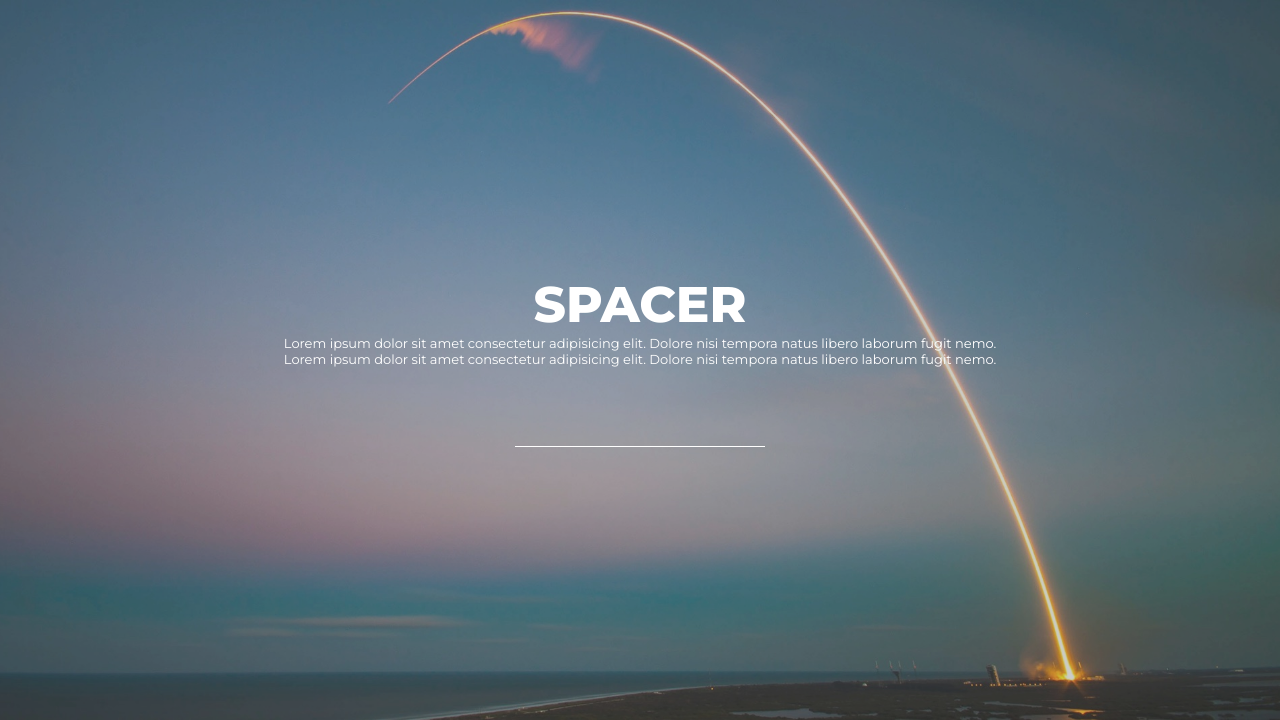
Repository: Trelefele/spacer-roman
Page: /
The author's editor kept a copy of each file at every save. The page is drawn from the files as they stood at one save, then again after the next save.
The browser window is 1280 px wide. The pictures show the whole page.
The project was rebuilt for these pictures with package versions that can differ from the ones it lists, and the page was loaded fresh each time.

Above is the page before, as saved 2019-02-05 19:34:29.

### public/index.html
<!DOCTYPE html>
<html lang="en">
  <head>
    <meta charset="utf-8">
    <meta http-equiv="X-UA-Compatible" content="IE=edge">
    <meta name="viewport" content="width=device-width,initial-scale=1.0">
    <link rel="icon" href="<%= BASE_URL %>favicon.ico">
    <!-- <script src="https://unpkg.com/axios/dist/axios.min.js"></script> -->
    <title>spacer-roman</title>
  </head>
  <body>
    <noscript>
      <strong>We're sorry but spacer-roman doesn't work properly without JavaScript enabled. Please enable it to continue.</strong>
    </noscript>
    <div id="app"></div>
    <!-- built files will be auto injected -->
  </body>
</html>

### src/main.js
import Vue from 'vue';
import App from './App.vue';

Vue.config.productionTip = false;

new Vue({
  render(h) { return h(App); },
}).$mount('#app');

### src/App.vue
<template>
  <div class="app">
    <div class="wrapper">
    <HeroImage/>
    <Claim/>
    <SearchInput/>
  </div>
  </div>
</template>

<script>
import axios from 'axios';
import debounce from 'lodash.debounce';
import Claim from '@/components/Claim.vue';
import HeroImage from '@/components/HeroImage.vue';
import SearchInput from '@/components/SearchInput.vue';

const API = 'https://images-api.nasa.gov/search';

export default {
  name: 'App',
  components: {
    Claim,
    SearchInput,
    HeroImage
  },
  data() {
    return {
      searchValue: '',
      results: [],
    };
  },
  methods: {
    // eslint-disable-next-line
    handleInput: debounce(function(){
      axios.get(`${API}?q=${this.searchValue}&media_type=image`)
        .then((response) => {
          // this.results = response.data.collection.items;
          this.results = response.data.collection.items;
        })
        .catch((error) => {
          console.log(error);
        });
    }, 500),
  },
};
</script>

<style lang="scss" >
@import url('https://fonts.googleapis.com/css?family=Montserrat:300,400,600,800');

* {
  box-sizing: border-box;
  font-family: 'Montserrat', sans-serif;
  margin: 0;
  padding: 0;
}
.wrapper {
    margin: 0;
    width: 100%;
    min-height: 100vh;
    padding: 30px;
    display: flex;
    flex-direction: column;
    align-items: center;
    justify-content: center;
}
</style>

### src/components/Claim.vue
<template>
  <div class="claimWrapper">
    <h1 class="claim">SPACER</h1>
    <p class="subclaim">
      Lorem ipsum dolor sit amet consectetur adipisicing elit.
      Dolore nisi tempora natus libero laborum fugit nemo.
    </p>
    <p class="subclaim">
      Lorem ipsum dolor sit amet consectetur adipisicing elit.
      Dolore nisi tempora natus libero laborum fugit nemo.
    </p>
  </div>
</template>

<script>
export default {
  name: "Claim"
};
</script>

<style lang="scss" scoped>
.claimWrapper {
  display: flex;
  flex-direction: column;
  justify-content: center;
  align-items: center;
  color: white;
  margin: 0;
}

.claim {
  font-size: 50px;
  margin: 0;
}

.subclaim {
  padding: 0 0 0 0;
  font-size: 13px;
}
</style>

### src/components/HeroImage.vue
<template>
    <div class="heroImage"/>
</template>

<script>
export default {
    name: "HeroImage"
}
</script>

<style lang="scss" scoped>
.heroImage{
    position: fixed;
    top: 0;
    z-index: -1;
    width: 100%;
    height: 100vh;
    background-image: url('../assets/heroimage.jpg');
    background-repeat: no-repeat;
    background-size: cover;
    background-position: 80%, 0%;
}
.heroImage::after {
    content: '';
    background: rgba(0,0,0, .2);
    position: absolute;
    top: 0;
    left: 0;
    z-index: 1;
    width: 100%;
    height: 100vh;
}
</style>

### src/components/SearchInput.vue
<template>
  <input
    id="search"
    name="search"
    :class="{ dark }"
    @input="handleChange"
  />
</template>
<script>
export default {
  name: 'SearchInput',
  props: {
    // value: {
    //   type: String,
    //   required: true,
    // },
    dark: {
      type: Boolean,
      default: false,
    },
  },
  methods: {
    handleChange(e) {
      this.$emit('input', e.target.value);
    },
  },
};
</script>
<style lang="scss" scoped>
  input {
    margin-top: 50px;
    display: flex;
    width: 250px;
    color: white;
    text-align: center;
    font-size: 18px;
    font-weight: 300;
    height: 30px;
    border: 0;
    background: none;
    border-bottom: 1px solid white;
    transition: box-shadow .3s ease-out;

    @media (min-width: 1024px) {
      font-weight: 400;
    }
  }

  input:focus {
    outline: none;
    box-shadow: 0 10px 20px -8px rgba(255,255,255, .5);
  }

  .dark {
    color: #1e3d4a;
    border-bottom-color: #1e3d4a;
  }

  .dark:focus {
    box-shadow: 0 10px 20px -8px rgba(#1e3d4a, .2);
  }
</style>

After the next save:
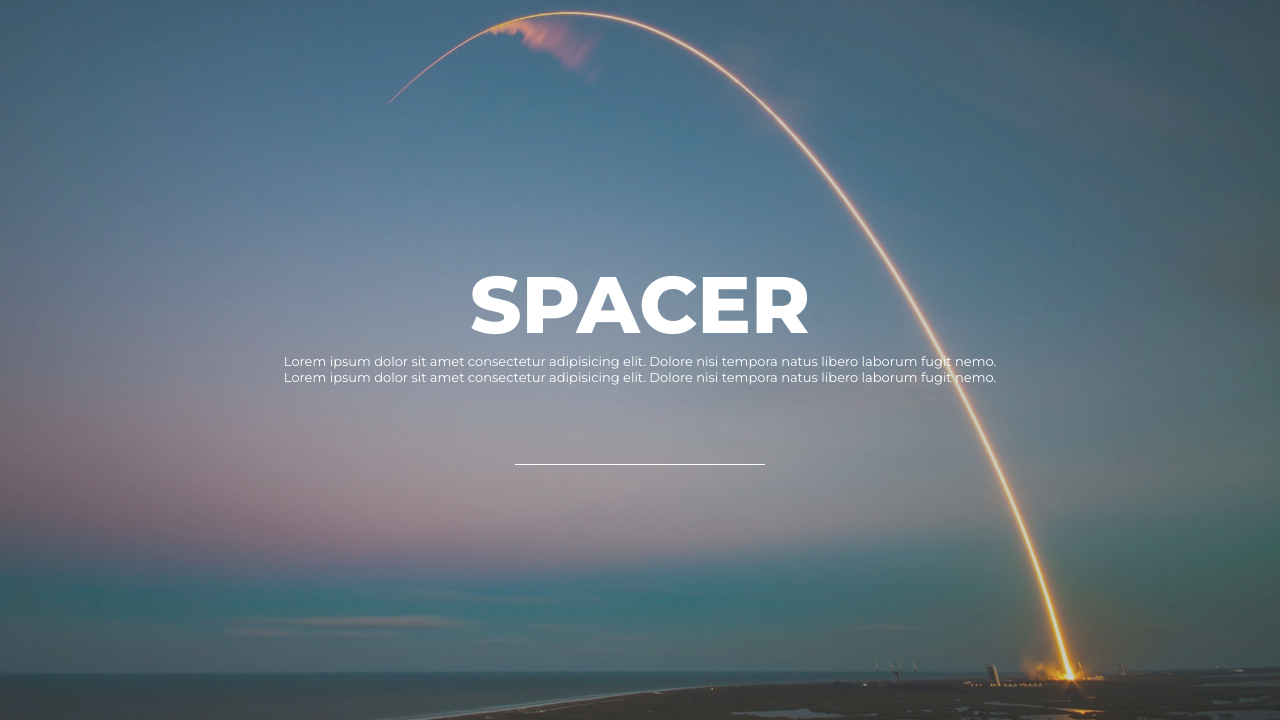
Saved 2 min 34 s later.
--- a/src/components/Claim.vue
+++ b/src/components/Claim.vue
@@ -31,6 +31,10 @@
 .claim {
   font-size: 50px;
   margin: 0;
+
+    @media (min-width: 768px) {
+        font-size: 80px;
+    }
 }
 
 .subclaim {

After the 3 saves that followed:
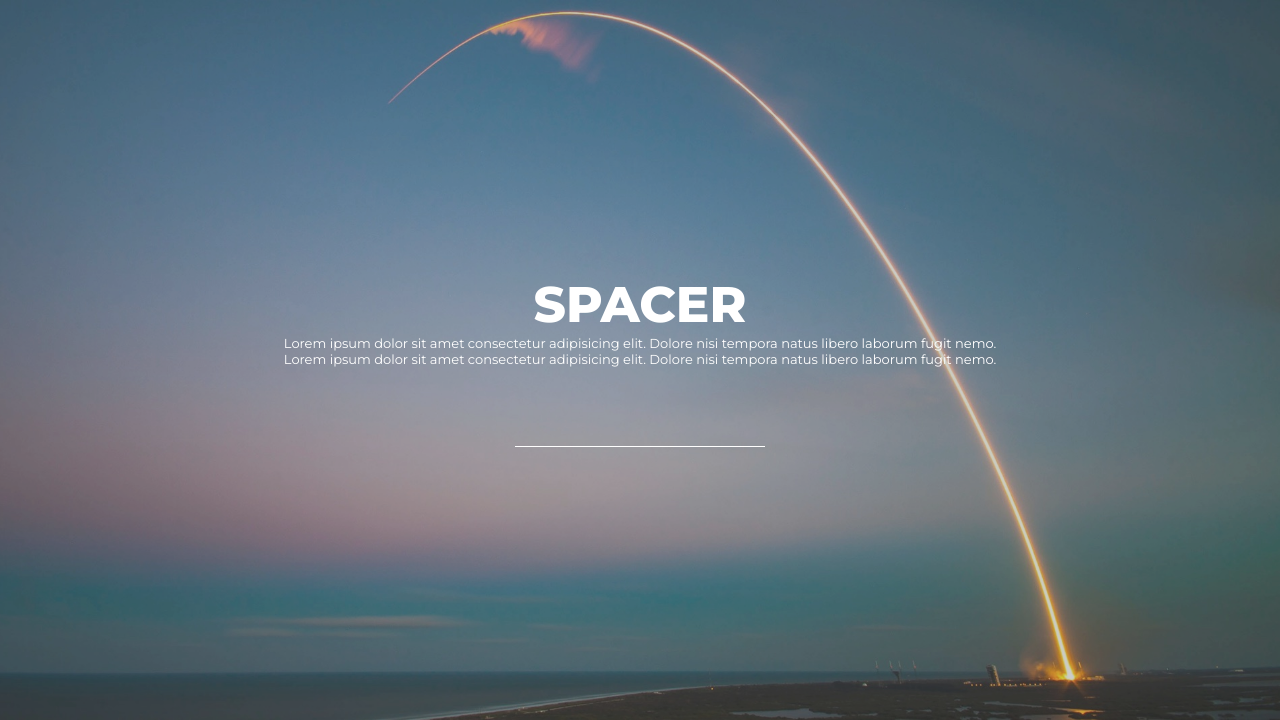
The 3 saves are shown as one change because they came seconds apart.
The last was saved 25 s later.
--- a/src/components/Claim.vue
+++ b/src/components/Claim.vue
@@ -33,7 +33,7 @@
   margin: 0;
 
     @media (min-width: 768px) {
-        font-size: 80px;
+        font-size: 50px;
     }
 }
 
